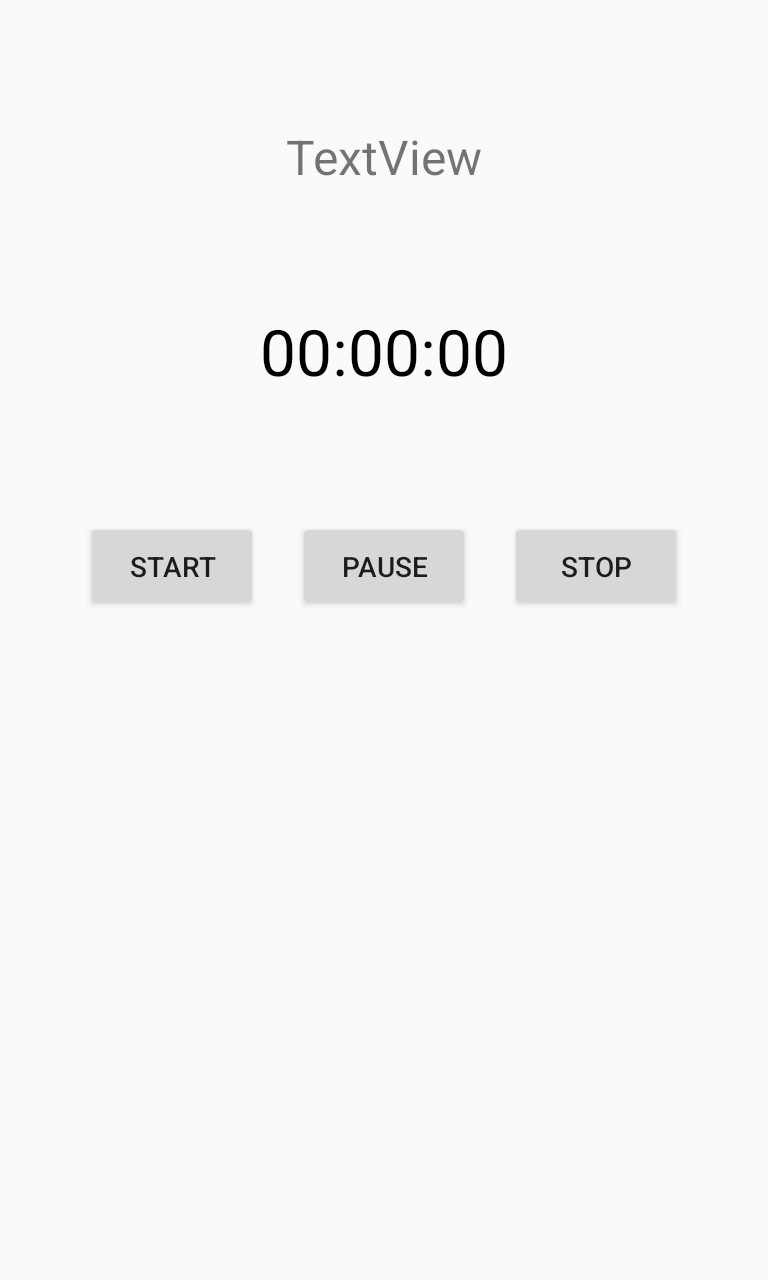
Repository: hdemby/workspace
Layout: simpleTimer/res/layout/activity_main.xml
An editor plug-in stored every save of this project. The layout is shown before and after the next save, followed by the edit.
It is drawn on a 768 x 1280 px phone screen (xhdpi) without system bars, with theme AppTheme; the app's code is not run.

Above is the layout before, as saved 2014-12-05 02:55:12.

### simpleTimer/res/layout/activity_main.xml
<RelativeLayout xmlns:android="http://schemas.android.com/apk/res/android"
    xmlns:tools="http://schemas.android.com/tools"
    android:layout_width="match_parent"
    android:layout_height="match_parent"
    android:paddingBottom="@dimen/activity_vertical_margin"
    android:paddingLeft="@dimen/activity_horizontal_margin"
    android:paddingRight="@dimen/activity_horizontal_margin"
    android:paddingTop="@dimen/activity_vertical_margin"
    tools:context="com.example.simpletimer.MainActivity" >

    <TextView
        android:id="@+id/textView1"
        android:layout_width="wrap_content"
        android:layout_height="wrap_content"
        android:layout_alignParentTop="true"
        android:layout_centerHorizontal="true"
        android:layout_marginTop="138dp"
        android:text="@string/time_readout"
        android:textColor="#ff000000"
        android:textSize="32sp" />

    <Button
        android:id="@+id/button2"
        android:layout_width="wrap_content"
        android:layout_height="wrap_content"
        android:layout_alignBaseline="@+id/button1"
        android:layout_alignBottom="@+id/button1"
        android:layout_toRightOf="@+id/textView1"
        android:text="@string/stop_btn" />

    <Button
        android:id="@+id/button1"
        android:layout_width="wrap_content"
        android:layout_height="wrap_content"
        android:layout_below="@+id/textView1"
        android:layout_marginTop="62dp"
        android:layout_toLeftOf="@+id/textView1"
        android:text="@string/start_btn" />

    <TextView
        android:id="@+id/textView2"
        android:layout_width="wrap_content"
        android:layout_height="wrap_content"
        android:layout_alignParentTop="true"
        android:layout_centerHorizontal="true"
        android:layout_marginTop="46dp"
        android:text="TextView"
        android:textSize="24sp" />

    <Button
        android:id="@+id/button3"
        android:layout_width="wrap_content"
        android:layout_height="wrap_content"
        android:layout_alignBaseline="@+id/button2"
        android:layout_alignBottom="@+id/button2"
        android:layout_centerHorizontal="true"
        android:text="@string/pause_btn" />

</RelativeLayout>

### simpleTimer/res/values/strings.xml
<?xml version="1.0" encoding="utf-8"?>
<resources>

    <string name="app_name">simpleTimer</string>
    <string name="time_readout">00:00:00</string>
    <string name="action_settings">Settings</string>
    <string name="start_btn">Start</string>
    <string name="stop_btn">Stop</string>
    <string name="pause_btn">Pause</string>

</resources>

Loaded but not shown: simpleTimer/res/values/styles.xml (common file); simpleTimer/res/values-v11/styles.xml (common file); simpleTimer/res/values-v14/styles.xml (common file); simpleTimer/res/values/dimens.xml (common file); simpleTimer/res/values-w820dp/dimens.xml (common file)

After the next save:
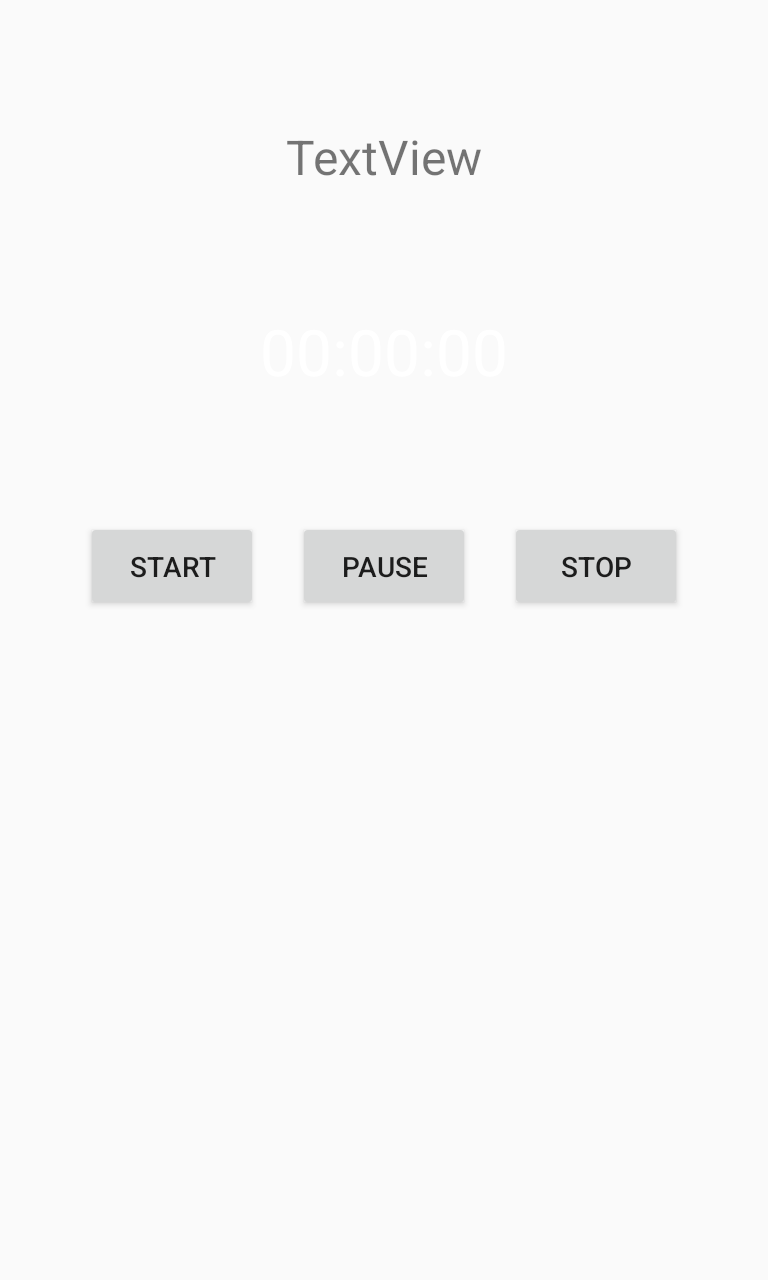
Saved 2 min 8 s later.
--- a/simpleTimer/res/layout/activity_main.xml
+++ b/simpleTimer/res/layout/activity_main.xml
@@ -16,7 +16,7 @@
         android:layout_centerHorizontal="true"
         android:layout_marginTop="138dp"
         android:text="@string/time_readout"
-        android:textColor="#ff000000"
+        android:textColor="#ffffffff"
         android:textSize="32sp" />
 
     <Button
